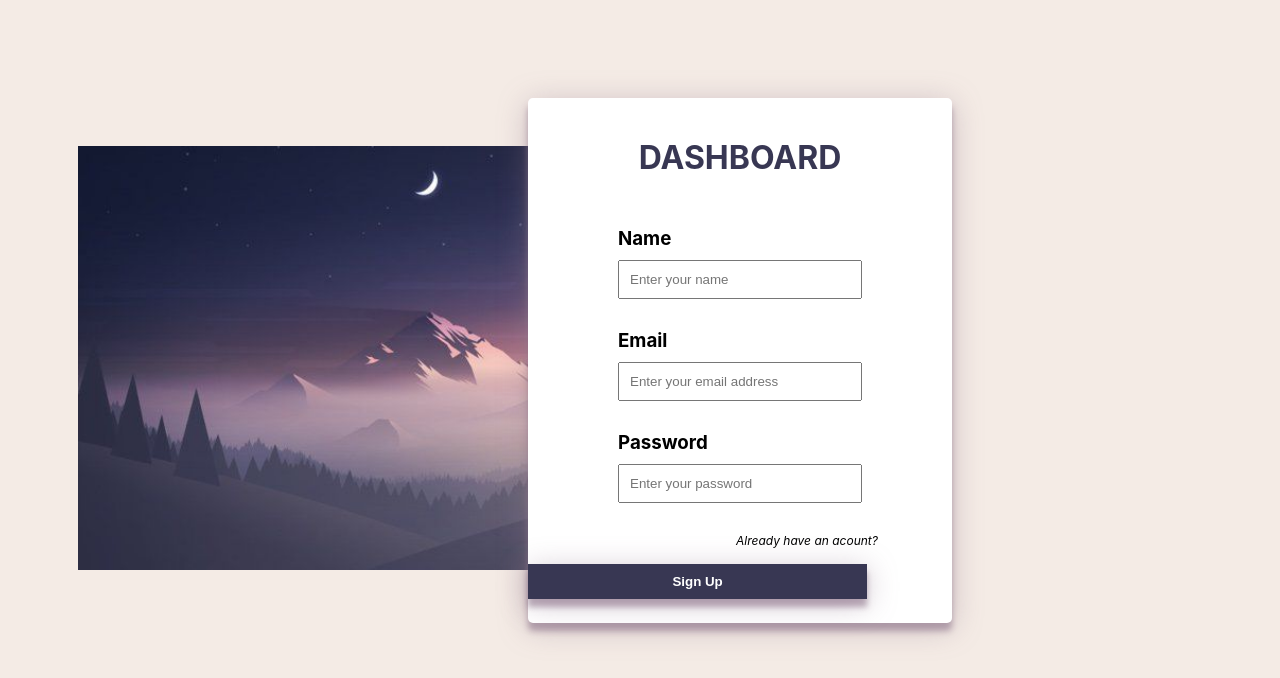
Repository: syni18/internshala-project
Page: /, after clicking the first element matching `p`
An editor plug-in stored every save of this project. The page is shown before and after the next save, followed by the edit.
The browser window is 1280 px wide. The pictures show the whole page.
The project was rebuilt for these pictures with package versions that can differ from the ones it lists, and the page was loaded fresh each time. Also part of the build but not shown: src/dashboard/sidebar.css, src/dashboard/Sidebar.jsx, src/home/home.css, src/home/Home.jsx, src/profile/profile.css, src/profile/Profile.jsx, src/todocal/TodoList.jsx, src/todocal/Todo.jsx and 3 more.

Above is the page before, as saved 2022-08-30 16:24:52.

### src/StateProvider.jsx
import { createContext, useContext, useState, useEffect } from "react";
import {
  signInWithEmailAndPassword,
  createUserWithEmailAndPassword,
  onAuthStateChanged,
  signOut,
  updateProfile,
  sendPasswordResetEmail,
} from "firebase/auth";
import { auth } from "./firebaseconfig";

export const UserContext = createContext({});

export const useUserContext = () => {
  return useContext(UserContext);
};

export const UserContextProvider = ({ children }) => {
  const [user, setUser] = useState(null);
  const [loading, setLoading] = useState(false);
  const [error, setError] = useState("");

  useEffect(() => {

    setLoading(true);
    const unsubscribe = onAuthStateChanged(auth, (res) => {
      if (res) {
        setUser(res);
      } else {
        setUser(null);
      }
      setError("");
      setLoading(false);
    });
    return unsubscribe;
  }, []);

  const registerUser = (email, password, name) => {
    setLoading(true);
    createUserWithEmailAndPassword(auth, email, password)
      .then(() =>
        updateProfile(auth.currentUser, {
          displayName: name,
        })
      )
      .then((res) => console.log(res))
      .catch((err) => setError(err.message))
      .finally(() => setLoading(false));
  };

  const signInUser = (email, password) => {
    setLoading(true);
    signInWithEmailAndPassword(auth, email, password)
      .then((res) => console.log(res))
      .catch((err) => setError(err.code))
      .finally(() => setLoading(false));
  };

  const logoutUser = () => {
    signOut(auth);
  };

  const forgotPassword = (email) => {
    return sendPasswordResetEmail(auth, email);
  };

  const contextValue = {
    user,
    loading,
    error,
    signInUser,
    registerUser,
    logoutUser,
    forgotPassword,
  };
  return (
    <UserContext.Provider value={contextValue}>{children}</UserContext.Provider>
  );
};

### src/login/Login.jsx
import React, { useRef } from "react";
import { useUserContext } from "../StateProvider";
import bgwall from '../images/bgwall.jpg'
import "./login.css";

function Login() {

  const emailRef = useRef();
  const psdRef = useRef();
  const { registerUser } = useUserContext();
  const { signInUser,  } = useUserContext();


  const onSubmit = (e) => {
    e.preventDefault();
    const email = emailRef.current.value;
    const password = psdRef.current.value;
    if (email && password) {
      registerUser(email, password);
    }
  };

  const onSignin = (e) => {
    e.preventDefault();
    const email = emailRef.current.value;
    const password = psdRef.current.value;
    if (email && password) {
      signInUser(email, password)
    };
  };


  return (
    <div className="login">
      <div className="login_img">
        <img src={bgwall} alt="" />
      </div>
      <div className="login_container">
        <h1>DASHBOARD</h1>
        <form onSubmit={onSubmit}>
          <h3>Email</h3>
          <input
            type="email"
            ref={emailRef}
            placeholder="Enter your email address"
          />
          <h3>Password</h3>
          <input
            type="password"
            ref={psdRef}
            placeholder="Enter your password"
          />

          <button onClick={onSignin}>Login</button>
          {/* <button class="btn" onClick={onSubmit}>Sign Up</button> */}
        </form>
      </div>
    </div>
  );
}

export default Login

### src/login/SignUp.jsx
import React, { useRef } from "react";
import { useNavigate } from "react-router-dom";
import { useUserContext } from "../StateProvider";
import bgwall from "../images/bgwall.jpg";
import "./login.css";

function SignUp() {
  const navigate = useNavigate();
  const emailRef = useRef();
  const nameRef = useRef();
  const psdRef = useRef();
  const { registerUser } = useUserContext();



  const onSubmit = (e) => {
    e.preventDefault();
    const name = nameRef.current.value;
    const email = emailRef.current.value;
    const password = psdRef.current.value;
    if (email && password && name) {
      registerUser(email, password, name);
      navigate("/");
    }
  };


  return (
    <div className="login">
      <div className="login_img">
        <img src={bgwall} alt="" />
      </div>
      <div className="login_container">
        <h1>DASHBOARD</h1>
        <form onSubmit={onSubmit}>
          <h3>Name</h3>
          <input placeholder="Enter your name" type="name" ref={nameRef} />
          <h3>Email</h3>
          <input
            type="email"
            ref={emailRef}
            placeholder="Enter your email address"
          />
          <h3>Password</h3>
          <input
            type="password"
            ref={psdRef}
            placeholder="Enter your password"
          />

          <button class="btn" onClick={onSubmit}>
            Sign Up
          </button>
        </form>
      </div>
    </div>
  );
}

export default SignUp;

### src/login/Auth.jsx
import React, { useState } from "react";
import Login from "./Login";
import SignUp from "./SignUp";
import './auth.css'
const Auth = () => {
  const [index, setIndex] = useState(false);
  const toggleIndex = () => {
    setIndex((prevState) => !prevState);
  };
  return (
    <div className="container">
      {!index ? <Login /> : <SignUp />}
      <p onClick={toggleIndex}>
        {!index ? "New user? Click here " : "Already have an acount?"}
      </p>
    </div>
  );
};

export default Auth;

### src/firebaseconfig.jsx
// import firebase from './firebase'
import {initializeApp} from 'firebase/app'
import {getAuth} from 'firebase/auth'


const firebaseConfig = {
  apiKey: "AIzaSyDVNoV1MkQllHisnoMCIAddM7Hvozm_pHI",
  authDomain: "internshala-project-b7454.firebaseapp.com",
  projectId: "internshala-project-b7454",
  storageBucket: "internshala-project-b7454.appspot.com",
  messagingSenderId: "542399112034",
  appId: "1:542399112034:web:14aea6166a26dbb89c823b",
  measurementId: "G-8Q498T4H87",
};

const app = initializeApp(firebaseConfig);


export const auth = getAuth(app);
export default app;

### src/login/login.css
.login {
    background-color: #F4EBE5;
    height: 100vh;
    width: 100vw;
    display: flex;
    justify-content: center;
    align-items: center;
}

.login_img img {
    width: 700px;
    /* border-radius: 100px; */
    transform: rotate(360deg)

}

.login_container {
    /* border: 3px solid rgb(56, 55, 83); */
    /* border-left: none; */
    position: relative;
    right: 250px;
    padding:90px;
    text-align: center;
    background-color: #fff;
    border-radius: 5px;
    box-shadow: 0 8px 6px rgb(143, 118, 140,0.6),
        0 5px 30px rgb(143, 118, 140,0.4);
}
.login_container h1 {
    display: flex;
    margin-top: -50px;
    margin-bottom: 50px;
    color: rgb(56, 55, 83);
    align-items: center;
    justify-content: center;
}
.login_container .btn{
    position: absolute;
    bottom: 4.5%;
    left: 0;
    width: 80%;
    padding: 10px 0;
    /* border-top-right-radius: 30px; */
    /* border-bottom-right-radius: 10px; */
    box-shadow: 0 8px 6px rgb(143, 118, 140, 0.6),
            0 5px 30px rgb(143, 118, 140, 0.4);
    cursor: pointer;
}
.login_container form {
    display: flex;
    flex-direction: column;
}
.login_container form h3 {
    text-align: left;
    margin-bottom: 10px;
}
.login_container  input {
    padding: 10px 10px;
    margin-bottom: 30px;
    outline: none;
    width: 220px;
}
.login_container button {
        background-color: rgb(56, 55, 83);
        color: white;
        border: none;
        padding: 8px 20px;
        width: max-content;
        font-weight: 600;
}

### src/todocal/todo.css
.dashboard_body {
    background-image: url("../images/dashboardSidebar.jpg");
        background-position:right;
        background-repeat: no-repeat;
        background-size:78%;
        overflow: scroll;

        /* border-bottom-right-radius: 10px; */
}

::-webkit-scrollbar {
    width: 20px;
}
::-webkit-scrollbar-thumb{
    display: none;
}
.forTodo h1 {
    margin: 20px 10px;
    display: flex;
    justify-content: space-between;
    align-items: center;
    position: sticky;
    top: 5%;
}
.todo_container {
    margin-top: 30px;
    display: flex;
    justify-content: flex-start;
    align-items: center;
    position: sticky;
    top: 17%;
    background: #fff;
}
.todo_container input {
    padding: 10px;
    width: 30%;
    outline: none;
    border: none;
    border-bottom: 2px solid salmon;
}
.todo_container  .MuiSvgIcon-root {
    color: #93c0be;
}
.todo_container .MuiSvgIcon-root:hover {
    color: rgb(110, 181, 5);
    transform: rotate(120deg);
}
.todo_list {
    margin-top: 15px;
    margin-left: 20px;
    font-size: 20px;


}
.todo_list ol {
    list-style: none;
    position: fixed;
    max-height: 380px;
    overflow: scroll;

}
.todo_list ol li {
    display: flex;
    justify-content: flex-start;
    align-items: center;
    font-weight: 300;
}
.todo_list ol li .MuiSvgIcon-root{
    padding-right: 20px;
    font-size: 30px;
}
.todo_list ol li .MuiSvgIcon-root:hover{
    color: rgb(248, 28, 28);
}

### src/login/auth.css
.container > p {
    position: absolute;
    top: 74%;
    left: 57.5%;
    font-size: 12px;
    font-style: italic;
    cursor: pointer;
}

Loaded but not shown: public/index.html (common file); src/index.js (common file); src/index.css (common file); src/App.js (common file); src/App.css (common file)

After the next save:
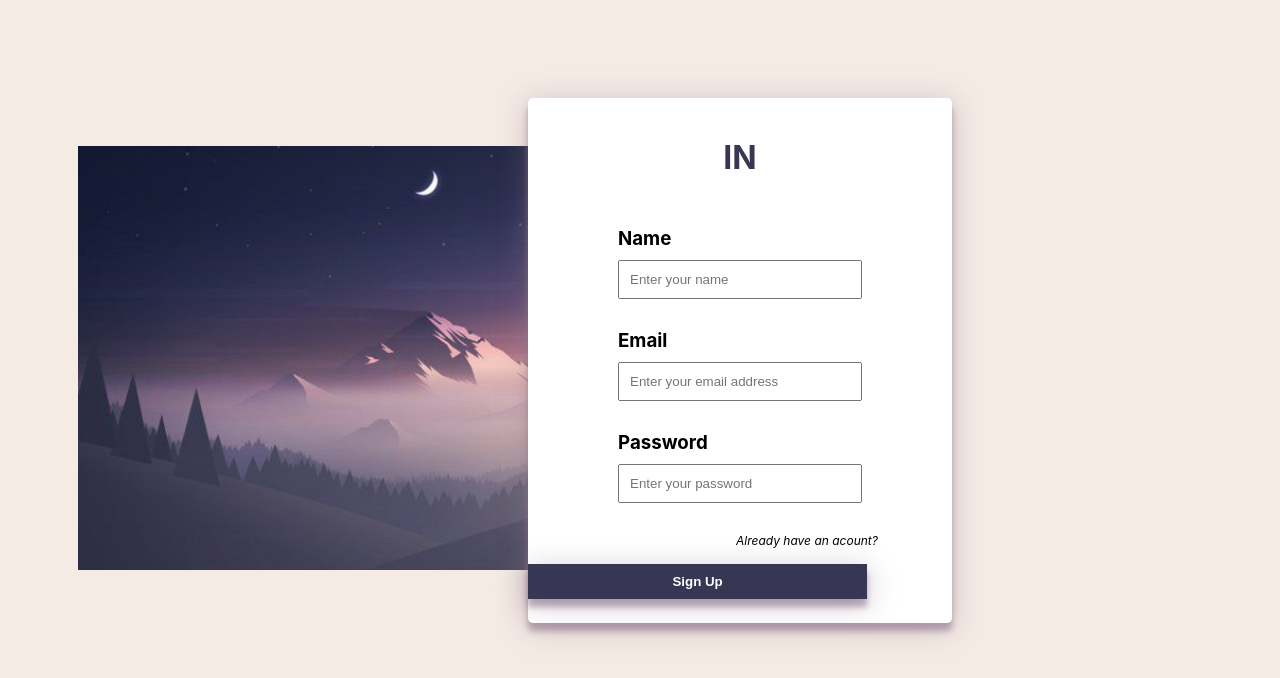
Saved 90 s later.
--- a/src/login/SignUp.jsx
+++ b/src/login/SignUp.jsx
@@ -31,7 +31,7 @@ function SignUp() {
         <img src={bgwall} alt="" />
       </div>
       <div className="login_container">
-        <h1>DASHBOARD</h1>
+        <h1>IN</h1>
         <form onSubmit={onSubmit}>
           <h3>Name</h3>
           <input placeholder="Enter your name" type="name" ref={nameRef} />
